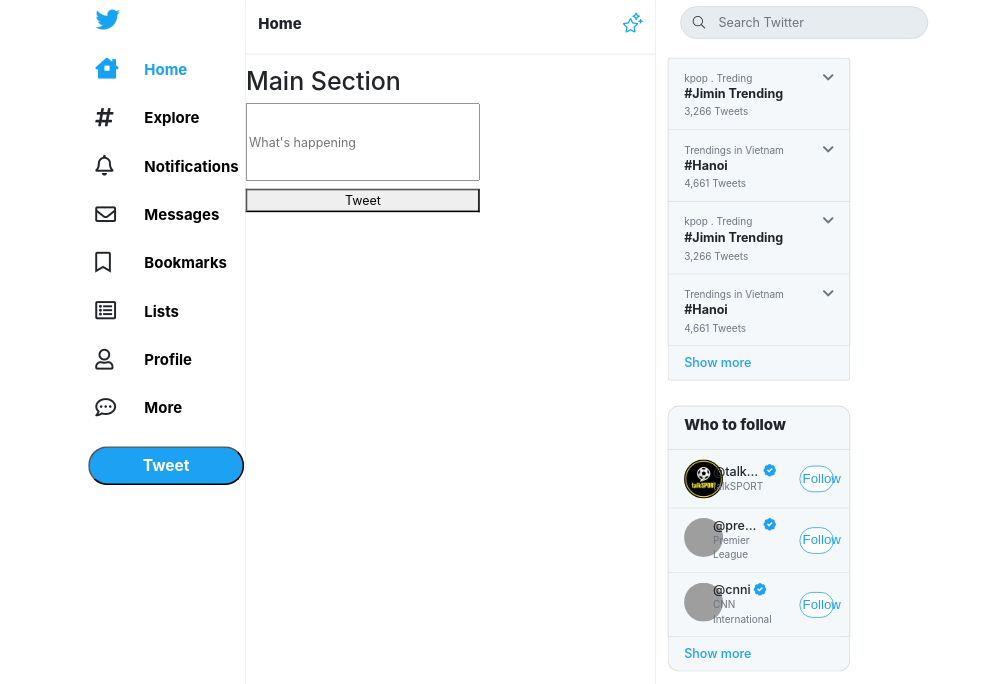
Repository: tts2610/Twitter-clone
Page: index.html
These files come from the project's save history. The page is drawn as it stood at one moment and after the next save; the edit follows.
The browser window is 1280 px wide. The pictures show the whole page, at 78% of full size.
Pictures or frames that could not be fetched are drawn as grey boxes.

Above is the page before, as saved 2020-05-23 15:01:49.

After the next save:
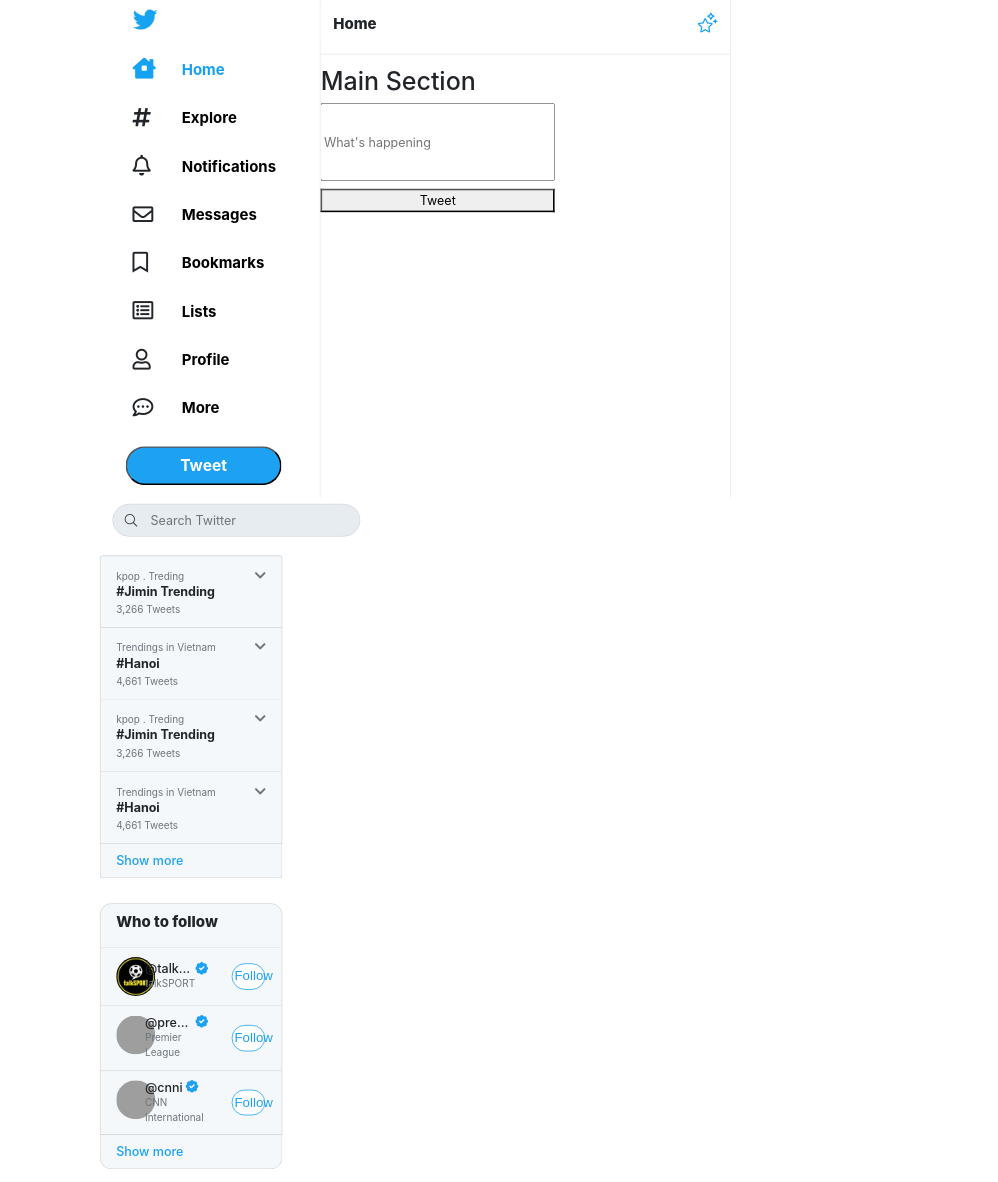
Saved 17 s later.
--- a/index.html
+++ b/index.html
@@ -27,7 +27,7 @@
 <body>
     <div class="container">
         <div class="row">
-            <div class="col-3-sm">
+            <div class="col-3-sm px-5">
                 <div class="row">
                     <div class="col"><img src="/img/twt-logo1.png" alt="twitter-logo" width="50" height="50"></div>
                 </div>
